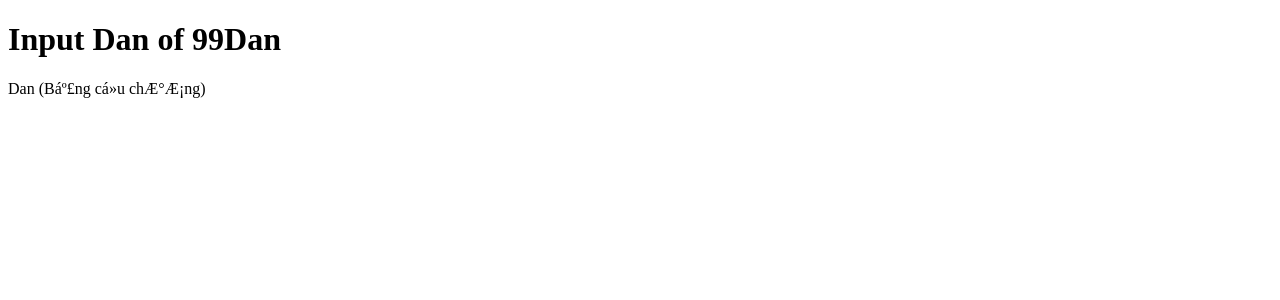
Repository: Vipper105/Restaurant_project
Page: webShop/WebContent/Gugu.html
An editor plug-in stored every save of this project. The page is shown before and after the next save, followed by the edit.
The browser window is 1280 px wide. The pictures show the whole page.

Above is the page before, as saved 2020-08-11 02:54:58.

### webShop/WebContent/Gugu.html
<!DOCTYPE html>
<html>
<head>
<meta charset="ISO-8859-1">
<title>Insert title here</title>
</head>
<body>
	<h1>Input Dan of 99Dan</h1>
	<form method="get" acction="gugudan" >
		Dan (Bảng cửu chương)
	</form>


</body>
</html>

After the next save:
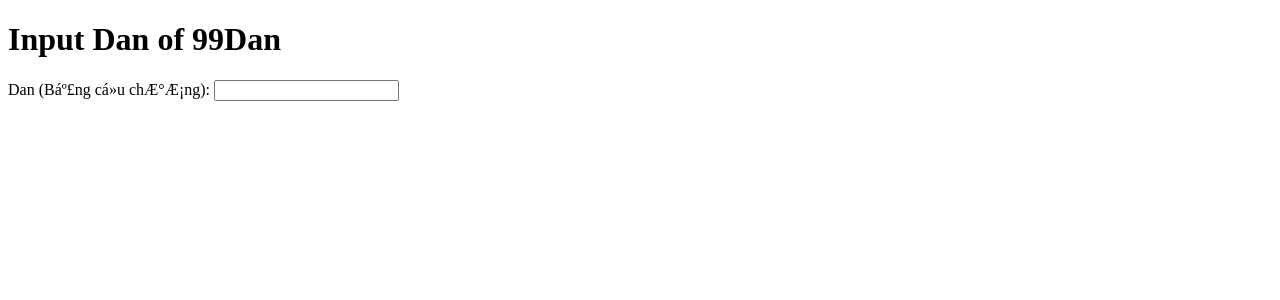
Saved 19 s later.
--- a/webShop/WebContent/Gugu.html
+++ b/webShop/WebContent/Gugu.html
@@ -7,7 +7,7 @@
 <body>
 	<h1>Input Dan of 99Dan</h1>
 	<form method="get" acction="gugudan" >
-		Dan (Bảng cửu chương)
+		Dan (Bảng cửu chương): <input type="text" name="dan">
 	</form>
 
 
